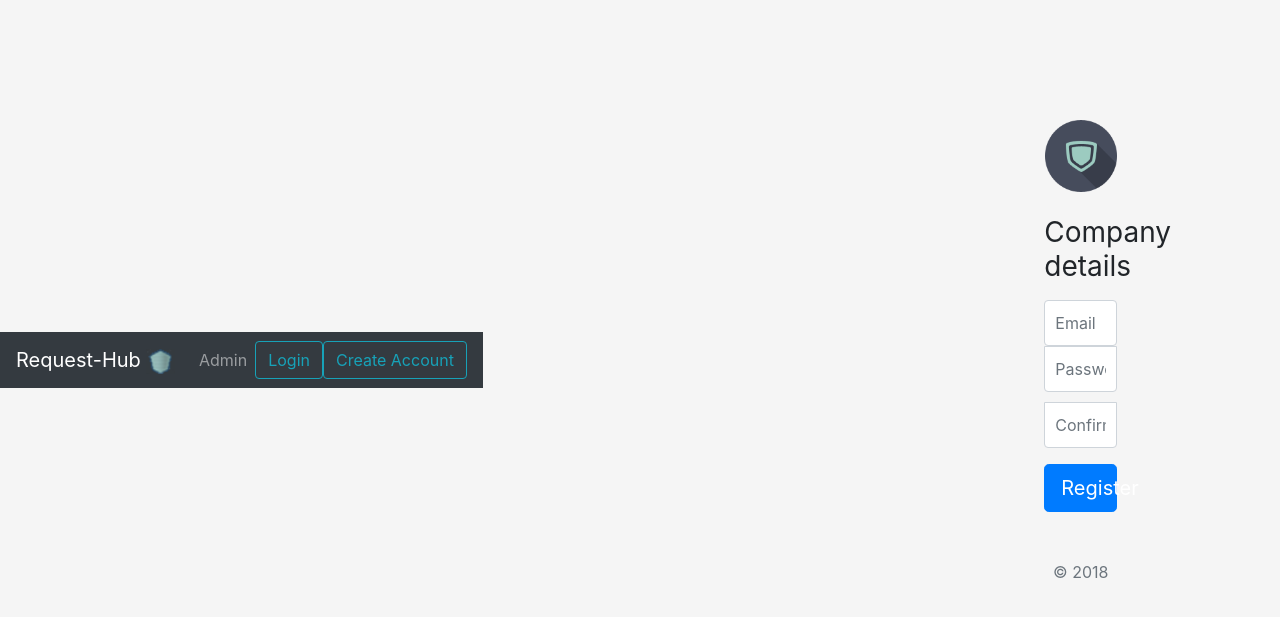
Repository: DonWhelan/Request-Hub
Page: http://localhost/newCompanyForm.php
The author's editor kept a record of every edit. The page is drawn from the files as they stood at one moment, then again after the next edit.
The browser window is 1280 px wide. The pictures show the whole page.
The page is run by PHP 8.4 with error messages shown; the project is at /var/www/html/.

Above is the page before.

### newCompanyForm.php
<!doctype html>
<html lang="en">

<head>
    <meta charset="utf-8">
    <meta name="viewport" content="width=device-width, initial-scale=1, shrink-to-fit=no">
    <meta name="description" content="">
    <meta name="author" content="">

    <title>Signin Template for Bootstrap</title>

    <!-- Bootstrap core CSS -->
    <link href="../style/bootstrap-4.0.0-dist/css/bootstrap.min.css" rel="stylesheet">

    <!-- Custom styles for this template -->
    <link href="signin.css" rel="stylesheet">
</head>

<body class="text-center">

    <?php
		include("includes/pageIncludes/TopNav.php");
	?>
        <div class="container">
            <div class="row">
                <div class="col-sm-12" style="height:130px">
                </div>
            </div>
        </div>

        <div class="container">
            <div class="row">
                <div class="col-sm-4">
                </div>
                <div class="col-sm-4">
                    <form action="newUser.php" method="post" name="Login_Form" class="form-signin">
                        <img class="mb-4" src="assets/img/icons/services-1.png" alt="" width="72" height="72">
                        <h1 class="h3 mb-3 font-weight-normal">Company details</h1>
                        <label for="inputEmail" class="sr-only">Email address</label>
                        <input type="text" class="form-control" name="email" placeholder="Email" required="" />
                        <input type="password" class="form-control" name="password" placeholder="Password" required="" />
                        <input type="password" class="form-control" name="passwordmatch" placeholder="Confirm Password" required="" />
                        <div class="checkbox mb-3">
                        </div>
                        <button class="btn btn-lg btn-primary btn-block" type="submit" value="Login">Register</button>
                        <p class="mt-5 mb-3 text-muted">&copy; 2018</p>
                    </form>
                </div>
            </div>
        </div>

</body>

</html>

### includes/pageIncludes/TopNav.php
<!--navbar-->
    <nav class="navbar navbar-expand-lg navbar-dark bg-dark">
        <a class="navbar-brand" href="../index.php">Request-Hub <img src="../images/icon.png" alt="" style="height:25px"></a>
        <button class="navbar-toggler" type="button" data-toggle="collapse" data-target="#navbarTogglerDemo02" aria-controls="navbarTogglerDemo02" aria-expanded="false" aria-label="Toggle navigation">
            <span class="navbar-toggler-icon"></span>
        </button>
        <div class="collapse navbar-collapse" id="navbarTogglerDemo02">
            <ul class="navbar-nav mr-auto mt-2 mt-lg-0">
                <li class="nav-item">
                    <a class="nav-link" href="#">Admin</a>
                </li>
            </ul>
                <?php if(!isset($_SESSION['user'])){?>
                <a href="../view/userLogin.php"><button class="btn btn-outline-info my-sm-0" type="submit">Login</button></a>
                <a href="../view/userRegister.php"><button class="btn btn-outline-info my-sm-0" type="submit">Create Account</button></a>
                <?php }else{ ?>
                <a href="../controler/logout.php"><button class="btn btn-outline-info my-sm-0" type="submit">Log out</button></a>
                <?php } ?>
        </div>
    </nav>

### assets/css/signIn.css
html,
body {
  height: 100%;
}

body {
  display: -ms-flexbox;
  display: -webkit-box;
  display: flex;
  -ms-flex-align: center;
  -ms-flex-pack: center;
  -webkit-box-align: center;
  align-items: center;
  -webkit-box-pack: center;
  justify-content: center;
  padding-top: 40px;
  padding-bottom: 40px;
  background-color: #f5f5f5;
}

.form-signin {
  width: 100%;
  max-width: 330px;
  padding: 15px;
  margin: 0 auto;
}
.form-signin .checkbox {
  font-weight: 400;
}
.form-signin .form-control {
  position: relative;
  box-sizing: border-box;
  height: auto;
  padding: 10px;
  font-size: 16px;
}
.form-signin .form-control:focus {
  z-index: 2;
}
.form-signin input[type="email"] {
  margin-bottom: -1px;
  border-bottom-right-radius: 0;
  border-bottom-left-radius: 0;
}
.form-signin input[type="password"] {
  margin-bottom: 10px;
  border-top-left-radius: 0;
  border-top-right-radius: 0;
}

Loaded but not shown: style/bootstrap-4.0.0-dist/css/bootstrap.min.css (library)

After the next edit:
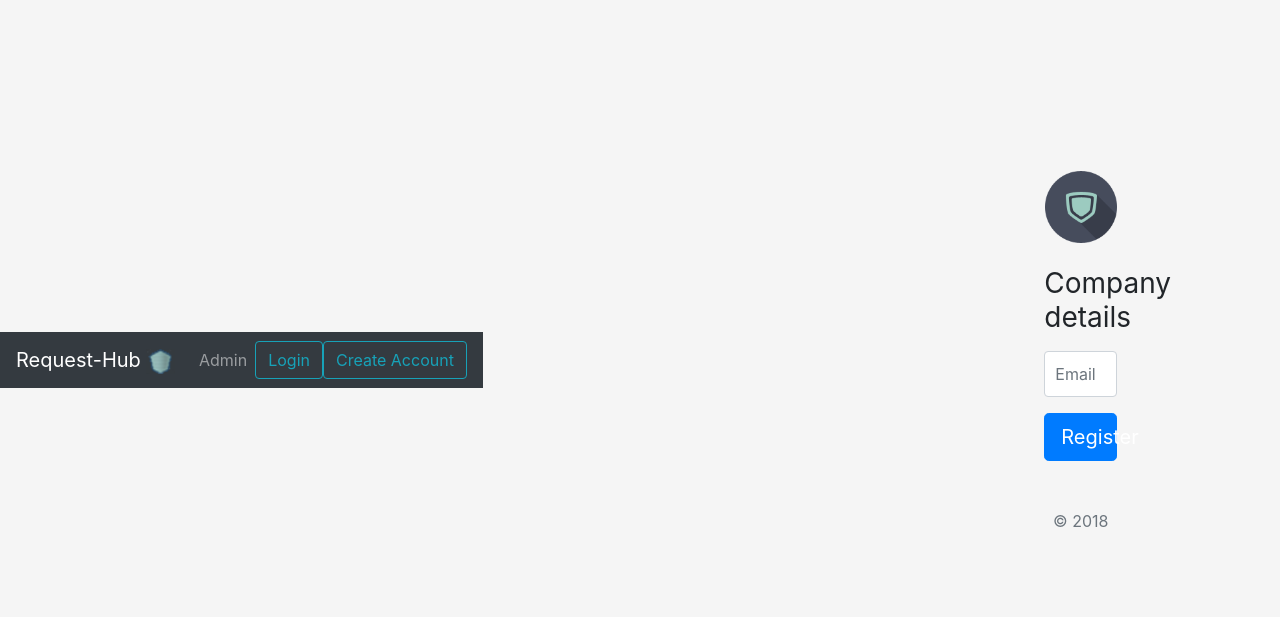
The edit:
--- a/newCompanyForm.php
+++ b/newCompanyForm.php
@@ -38,8 +38,7 @@
                         <h1 class="h3 mb-3 font-weight-normal">Company details</h1>
                         <label for="inputEmail" class="sr-only">Email address</label>
                         <input type="text" class="form-control" name="email" placeholder="Email" required="" />
-                        <input type="password" class="form-control" name="password" placeholder="Password" required="" />
-                        <input type="password" class="form-control" name="passwordmatch" placeholder="Confirm Password" required="" />
+
                         <div class="checkbox mb-3">
                         </div>
                         <button class="btn btn-lg btn-primary btn-block" type="submit" value="Login">Register</button>
